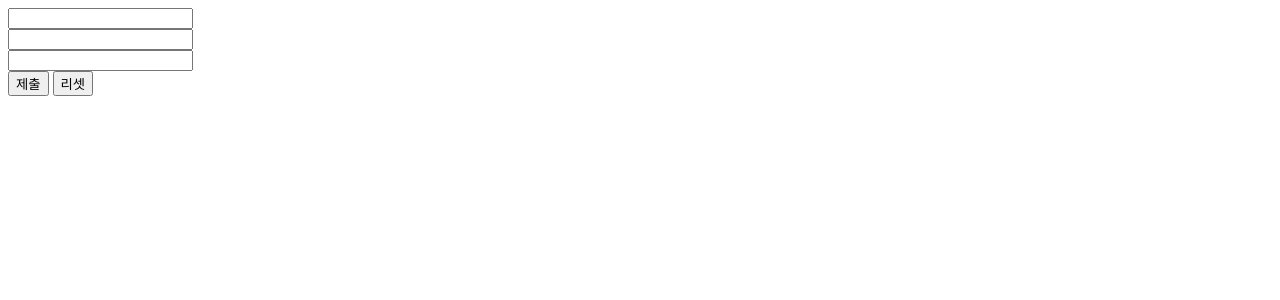
Repository: hanbeen03/javabasic
Page: http://localhost/JSPBasic/01-request/req_param_send.jsp
An editor plug-in stored every save of this project. The page is shown before and after the next save, followed by the edit.
The browser window is 1280 px wide. The pictures show the whole page.
The page is served by Tomcat 9.

Above is the page before, as saved 2021-07-30 04:13:12.

After the next save:
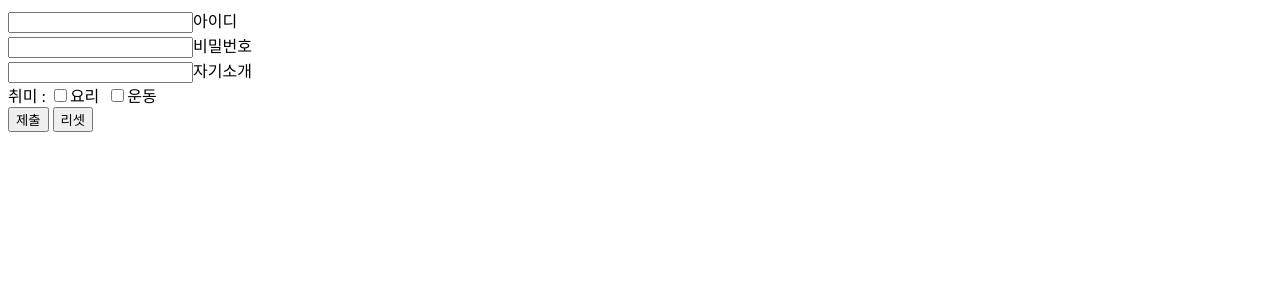
Saved 73 min 40 s later.
--- a/JSPBasic/WebContent/01-request/req_param_send.jsp
+++ b/JSPBasic/WebContent/01-request/req_param_send.jsp
@@ -9,12 +9,23 @@
 <body>
 	<!-- form 태그의 action은 데이터가 전달될 목적지입니다..
 	현재, req_param_getpost로 날릴 예정입니다. -->
+	<!-- 가장 기본이 되는 input태그 -->
 	<form action="req_param_getpost.jsp" method="get">
-		<input type="text" name="apple"/><br>
-		<input type="password" name="banana"/><br>
-		<input type="text" name="introduction" /><br>
+		<input type="text" name="id"/>아이디<br>
+		<input type="password" name="pw"/>비밀번호<br>
+		<input type="text" name="intro" />자기소개<br>
+
+
+		<!-- 체크박스 -->
+		취미 :
+		<input type="checkbox" name="hobby" value="요리">요리&nbsp;
+		<input type="checkbox" name="hobby" value="운동">운동&nbsp;
+
+		<br>
 		<input type="submit" value="제출"/>
 		<input type="reset" value="리셋"/>
+
+
 	</form>
 </body>
 </html>
